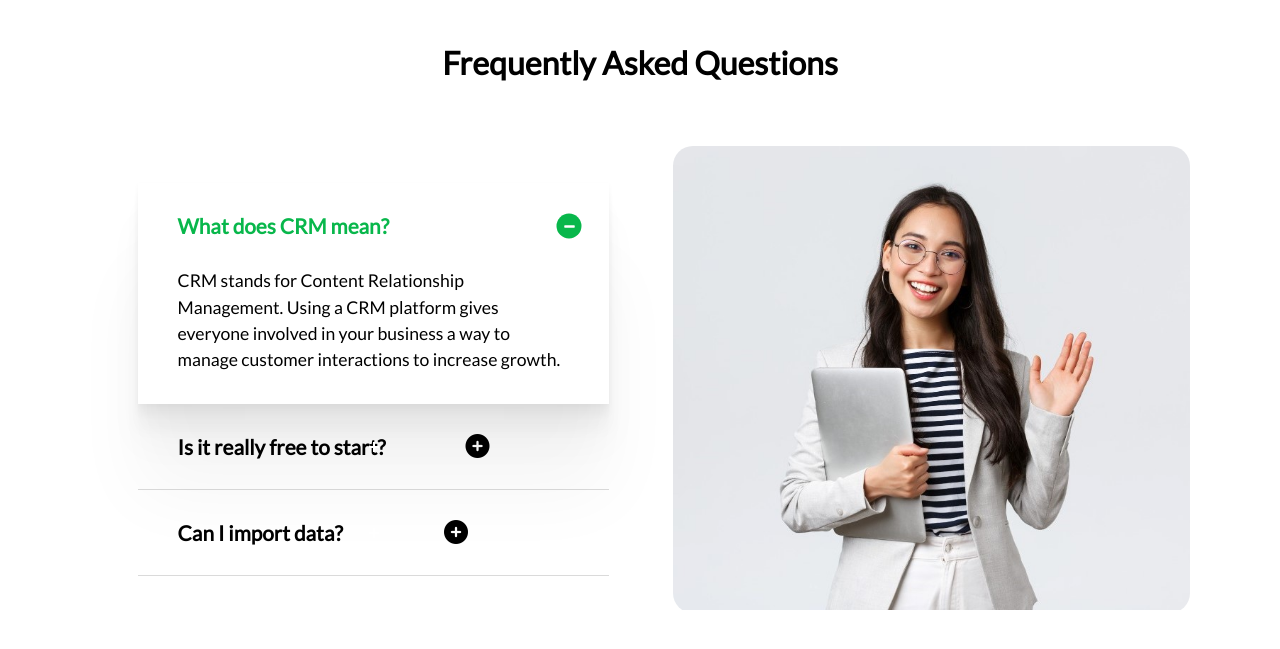
Repository: emiliaiwu/faq_component
Page: index.html
An editor plug-in stored every save of this project. The page is shown before and after the next save, followed by the edit.
The browser window is 1280 px wide. The pictures show the whole page.
Some icons come from a web library that is not loaded, so they are not drawn. Some web libraries are served in a nearby version.

Above is the page before, as saved 2022-12-13 20:49:35.

After the next save:
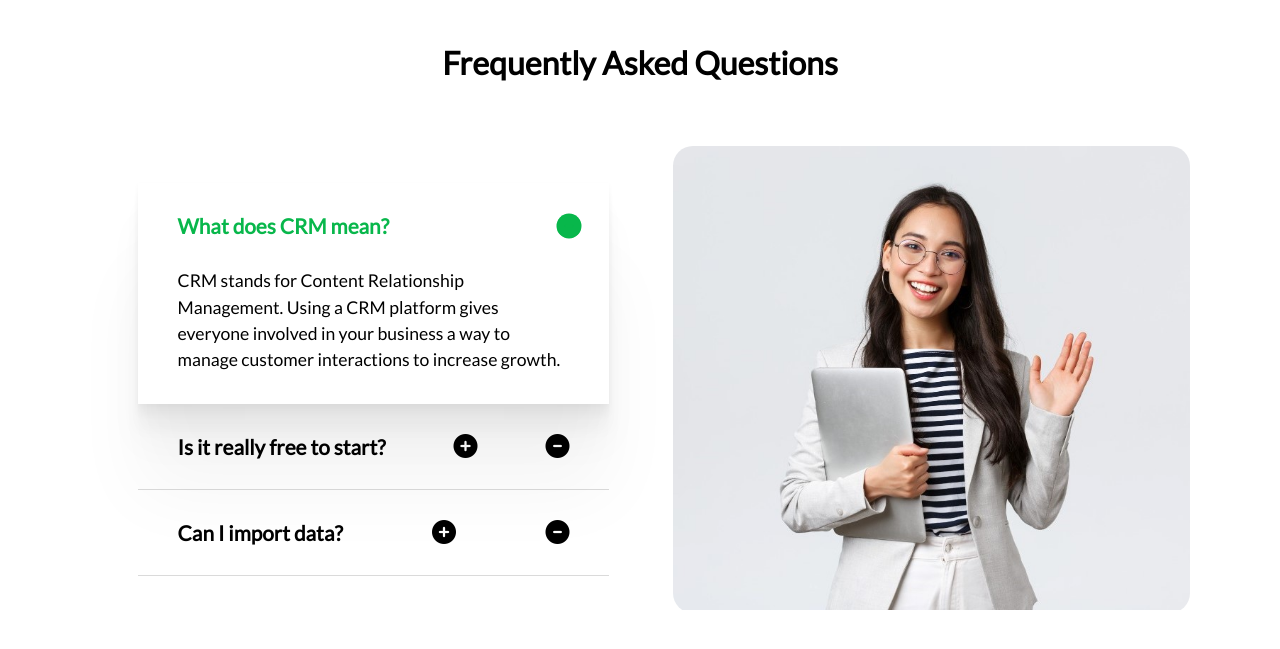
Saved 15 s later.
--- a/style.css
+++ b/style.css
@@ -144,36 +144,6 @@ img {
     background-color: rgb(8, 183, 75);;
 }
 
-.faq_content .fa-circle-minus::before {
-    content: '';
-    position: absolute;
-    background-color: rgb(255, 255, 255);
-    width: 10px;
-    height: 2px;
-    margin-left: auto;
-    margin-right: auto;
-    top: 50%;
-    left: 0;
-    right: 0;
-    transition: transform .45s cubic-bezier(.3,.4,.2,1),
-        background-color .15s ease;
-}
-
-.faq_content .fa-circle-minus::after {
-    content: '';
-    position: absolute;
-    transform: rotate(90deg);
-    background-color: rgb(255, 255, 255);
-    width: 10px;
-    height: 2px;
-    margin-left: auto;
-    margin-right: auto;
-    top: 50%;
-    left: 0;
-    right: 0;
-    transition: transform .45s cubic-bezier(.3,.4,.2,1),
-        background-color .15s ease;
-}
 
 
 .faq_content.active .fa-circle-minus::after {

After the 2 saves that followed:
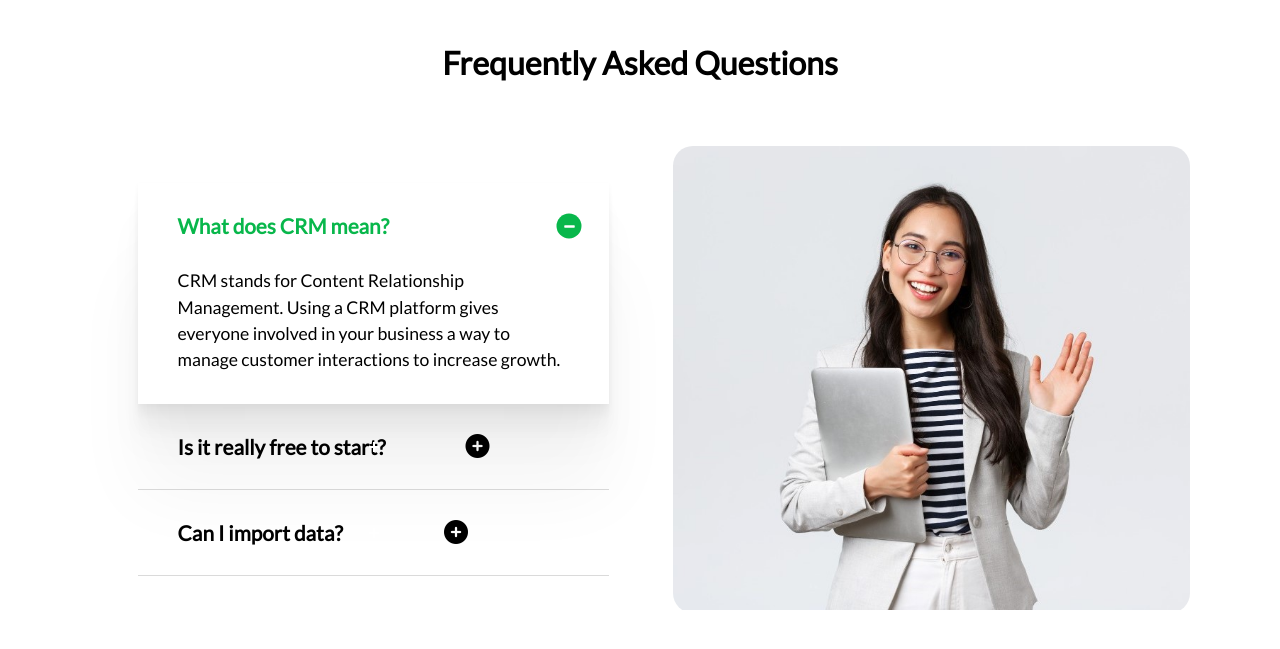
The 2 saves are shown as one change because they came seconds apart.
The last was saved 6 s later.
--- a/style.css
+++ b/style.css
@@ -117,6 +117,39 @@ img {
 }
 
 
+.faq_content .fa-circle-minus::before {
+    content: '';
+    position: absolute;
+    background-color: rgb(255, 255, 255);
+    width: 10px;
+    height: 2px;
+    margin-left: auto;
+    margin-right: auto;
+    top: 50%;
+    left: 0;
+    right: 0;
+    transition: transform .45s cubic-bezier(.3,.4,.2,1),
+        background-color .15s ease;
+}
+
+.faq_content .fa-circle-minus::after {
+    content: '';
+    position: absolute;
+    transform: rotate(90deg);
+    background-color: rgb(255, 255, 255);
+    width: 10px;
+    height: 2px;
+    margin-left: auto;
+    margin-right: auto;
+    top: 50%;
+    left: 0;
+    right: 0;
+    transition: transform .45s cubic-bezier(.3,.4,.2,1),
+        background-color .15s ease;
+}
+
+
+
 
 /* ACTIVE CLASSES */
 
